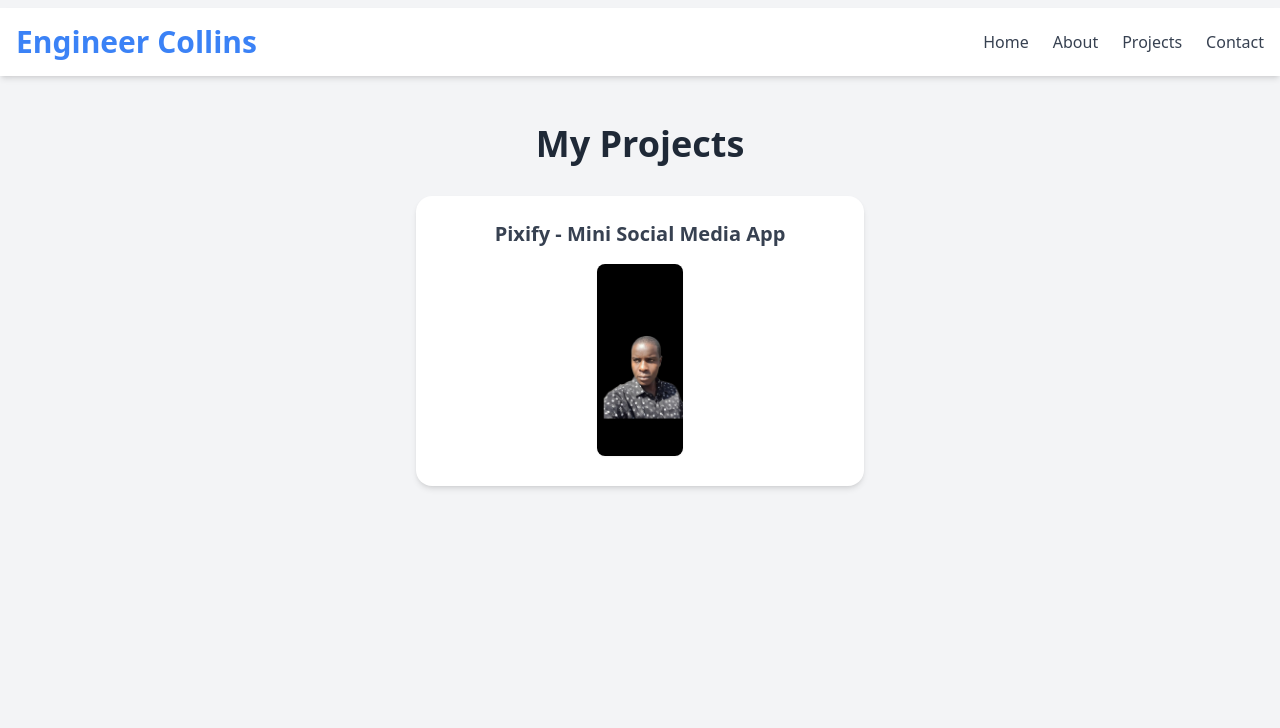
Repository: Engineer-collo/Portfolio
Page: /projects
An editor plug-in stored every save of this project. The page is shown before and after the next save, followed by the edit.
The browser window is 1280 px wide. The pictures show the whole page.
The project was rebuilt for these pictures with package versions that can differ from the ones it lists, and the page was loaded fresh each time. Also part of the build but not shown: vite.config.js, src/pages/Footer.jsx, src/pages/HomePage.jsx, src/pages/About.jsx, src/pages/Contact.jsx, src/pages/Blog.jsx, src/pages/Skills.jsx.

Above is the page before, as saved 2025-06-07 16:36:02.

After the next save:
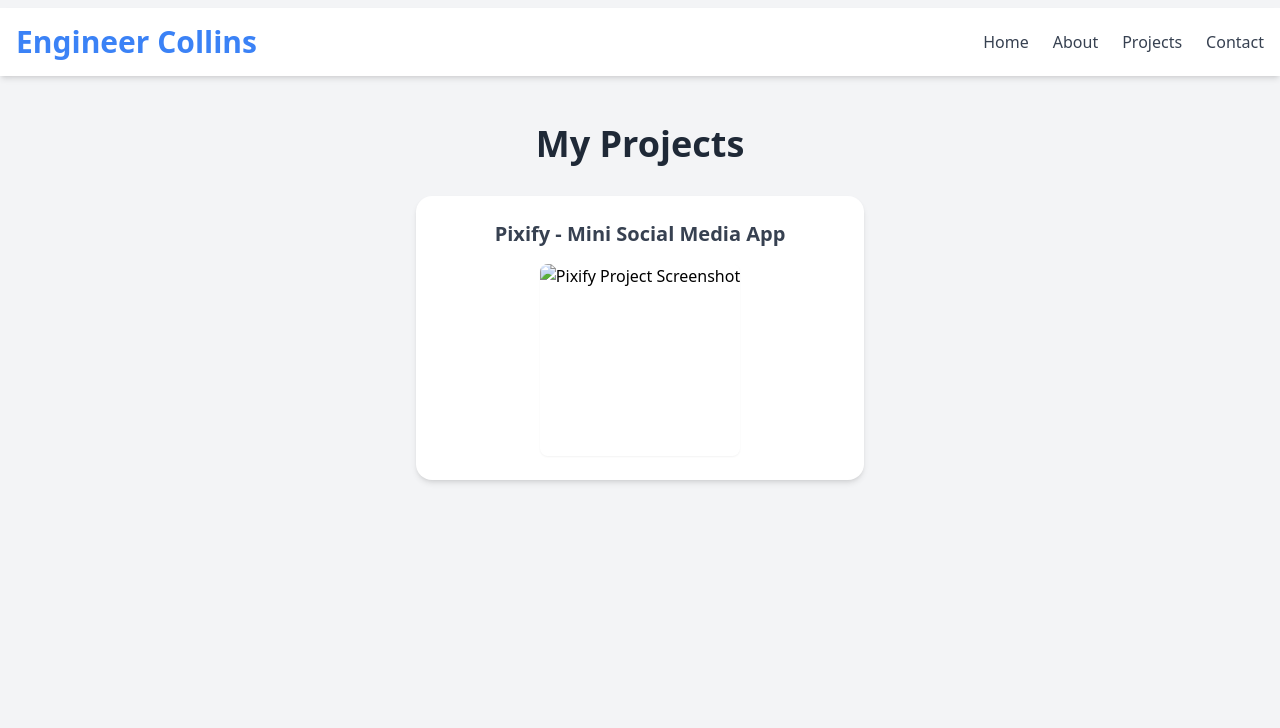
Saved 40 s later.
--- a/src/pages/Projects.jsx
+++ b/src/pages/Projects.jsx
@@ -21,7 +21,7 @@ const Project = () => {
                         >
                             <img
                                 className="h-48 mx-auto rounded-lg shadow-sm hover:shadow-lg"
-                                src="/picture.png"
+                                src="/"
                                 alt="Pixify Project Screenshot"
                             />
                         </a>
